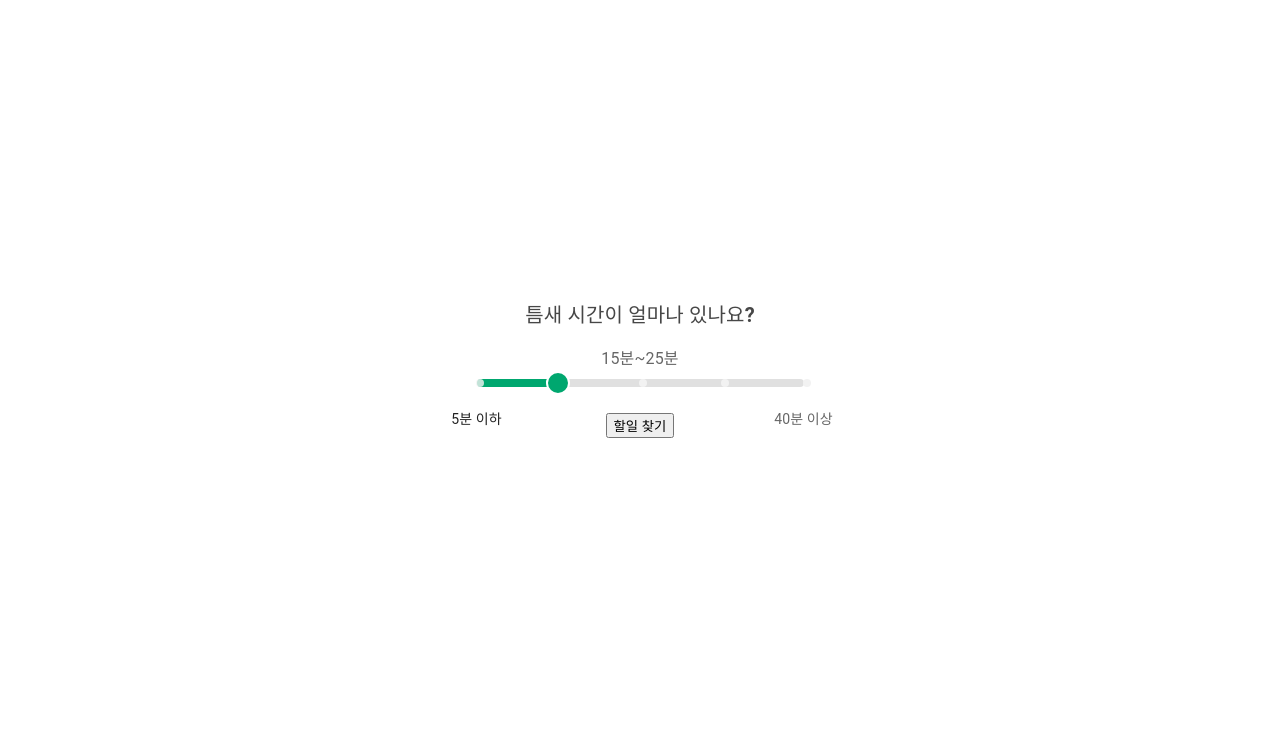
Repository: Tickley-Team/Tickley
Page: /survey
An editor plug-in stored every save of this project. The page is shown before and after the next save, followed by the edit.
The browser window is 1280 px wide. The pictures show the whole page.
The project was rebuilt for these pictures with package versions that can differ from the ones it lists, and the page was loaded fresh each time. Also part of the build but not shown: vite.config.ts, src/pages/Todos.tsx, src/stores/recommendTodoFilterStore.ts, src/hooks/useCategoryNames.tsx, src/hooks/useFilteredTodos.tsx, src/hooks/useLocalStorage.ts, src/utils.ts, src/pages/TodosFind.tsx and 9 more.

Above is the page before, as saved 2024-12-08 18:03:39.

After the next save:
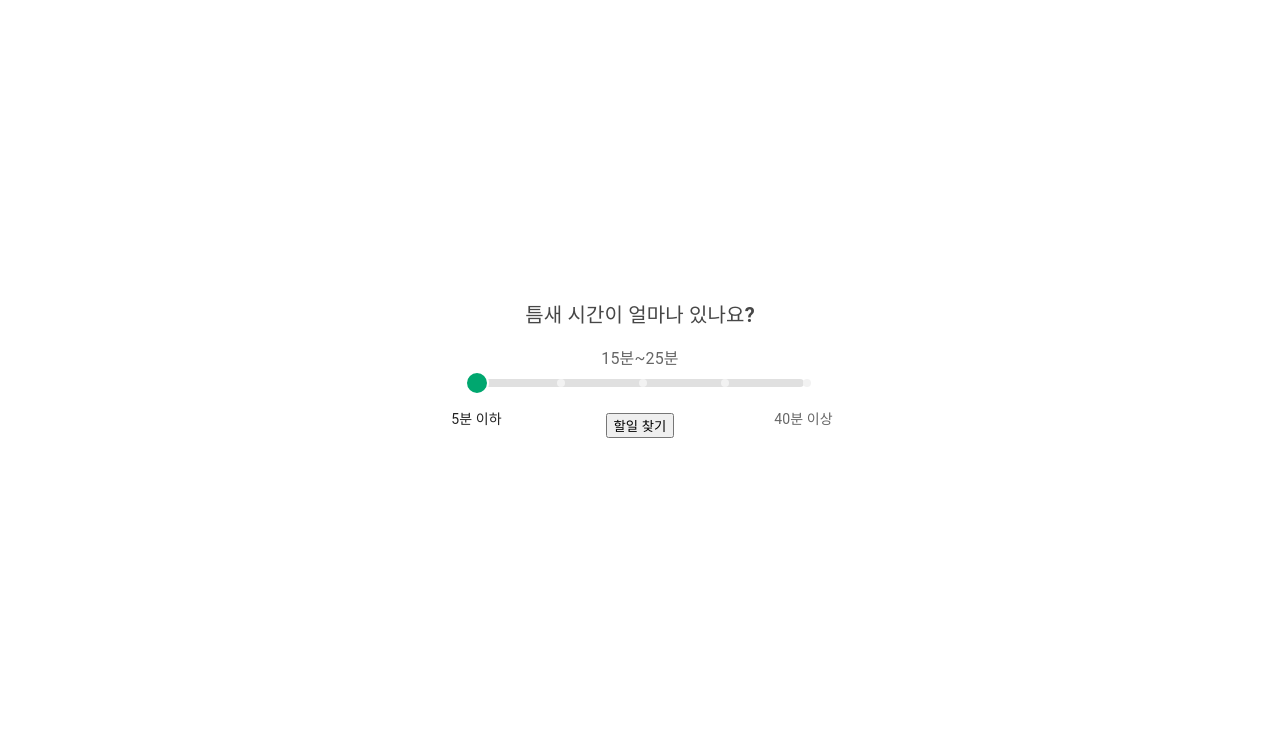
Saved 5 s later.
--- a/src/components/RangeSlider.tsx
+++ b/src/components/RangeSlider.tsx
@@ -16,7 +16,7 @@ export const RangeSlider = ({ onChange, defaultValue }: RangeSliderProps) => {
     <Box width={'100%'}>
       <Typography sx={{ mb: 1, color: '#666666' }}>15분~25분</Typography>
       <CustomSlider
-        defaultValue={25}
+        defaultValue={defaultValue}
         marks={marks}
         step={null}
         onChange={onChange}
